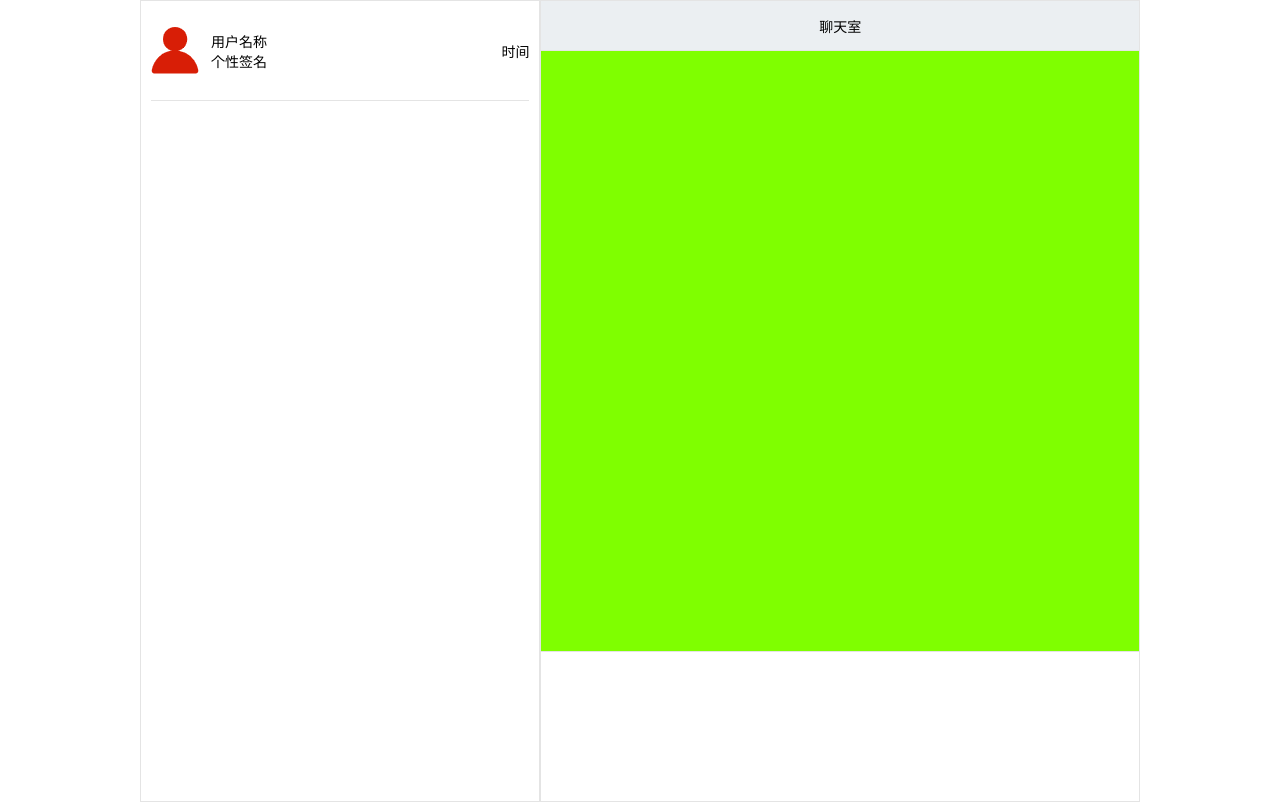
Repository: jinggegeZ/livechat
Page: /
The author's editor kept a copy of each file at every save. The page is drawn from the files as they stood at one save, then again after the next save.
The browser window is 1280 px wide. The pictures show the whole page.
The project was rebuilt for these pictures with package versions that can differ from the ones it lists, and the page was loaded fresh each time.

Above is the page before, as saved 2020-08-17 11:27:53.

### src/main.js
import Vue from 'vue'
import App from './App.vue'
import router from './router'
import store from './store'
import ElementUI from 'element-ui';
import 'element-ui/lib/theme-chalk/index.css';

Vue.config.productionTip = false
Vue.use(ElementUI);
new Vue({
  router,
  store,
  render: h => h(App)

}).$mount('#app')

### src/App.vue
<template>
  <div id="app">

    <router-view/>
  </div>
</template>

<style lang="scss">
*{
  margin: 0;
  padding: 0;
}
</style>

### src/views/Home.vue
<template>
  <div class="content">
    <div class="content-c">
      <div class="box">
        <!-- 用户信息 -->
        <div class="box1">
          <div class="box1-1">
            <div class="box1-1-1">
              <!-- 头像 -->
              <div class="img">
                <img src="../../public/image/active-my.png" alt />
              </div>
              <!-- 用户信息 -->
              <div>
                <div>用户名称</div>
                <div>个性签名</div>
              </div>
            </div>
            <!-- 时间 -->
            <div>时间</div>
          </div>
        </div>
        <!-- 聊天信息 -->
        <div class="box2">
          <div class="box2-1">
              <div class="box2-1-top">聊天室</div>
              <div class="box2-1-body">

              </div>
          </div>
          <div class="box2-2"></div>
        </div>
      </div>
    </div>
  </div>
</template>

<script>
export default {
  name: "",
  props: {},
  components: {},
  data() {
    return {};
  },
  methods: {},
  mounted() {},
  watch: {},
  computed: {},
};
</script>

<style scoped lang='scss'>
.content {
  width: 100%;
  display: flex;
  justify-content: center;
  font-size: 14px;
}
.content-c {
  width: 95%;
  display: flex;
  justify-content: center;
  align-items: center;
}
.box {
  width: 1000px;
  height: 800px;
  background: white;
  display: flex;
}
.box1 {
  flex: 4;
  height: 100%;
  display: flex;
  justify-content: center;
  border: 1px solid rgb(228, 228, 228);
}
.box1-1 {
  width: 95%;
  height: 99px;
  border-bottom: 1px solid rgb(228, 228, 228);
  display: flex;
  align-items: center;
  justify-content: space-between;
}
.box1-1-1 {
  display: flex;
  align-items: center;
  height: 100%;
}
.img {
  width: 50px;
  height: 50px;
  border-radius: 50%;
  margin-right: 10px;
}
.box2 {
  flex: 6;
  height: 100%;
  position: relative;
  border: 1px solid rgb(228, 228, 228);
}
.box2-2 {
  position: absolute;
  bottom: 0;
  width: 100%;
  height: 149px;
  z-index: 1;
  border-top: 1px solid rgb(228, 228, 228);
}
.box2-1-top {
  width: 100%;
  height: 49px;
  border-bottom: 1px solid rgb(228, 228, 228);
  display: flex;
  justify-content: center;
  align-items: center;
  background: rgb(235,239,242);
}
.box2-1-body {
  width: 100%;
  height: 600px;
  background: chartreuse;
}
</style>

Loaded but not shown: public/index.html (common file); src/router/index.js (common file); src/store/index.js (common file)

After the next save:
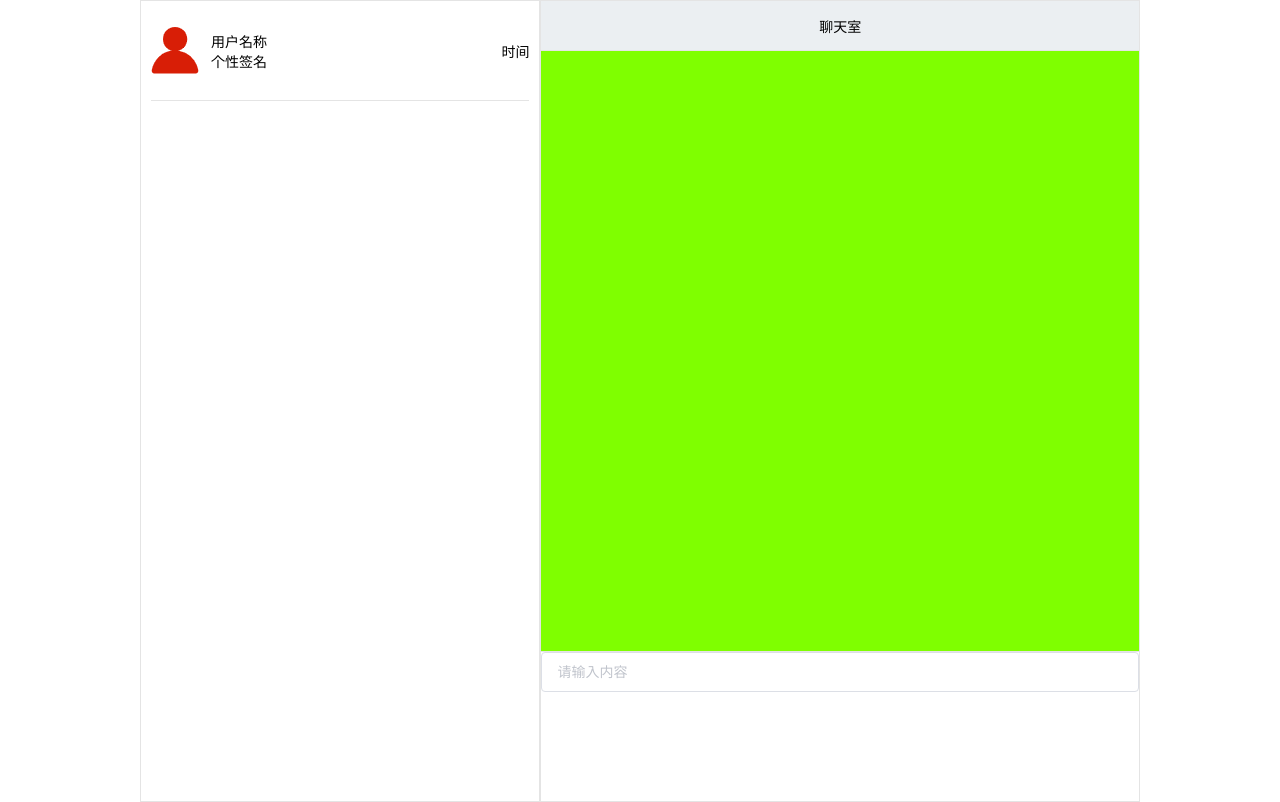
Saved 2 min 57 s later.
--- a/src/views/Home.vue
+++ b/src/views/Home.vue
@@ -28,7 +28,11 @@
 
               </div>
           </div>
-          <div class="box2-2"></div>
+          <div class="box2-2">
+            <div>
+            <el-input v-model="input" placeholder="请输入内容"></el-input>
+            </div>
+          </div>
         </div>
       </div>
     </div>
